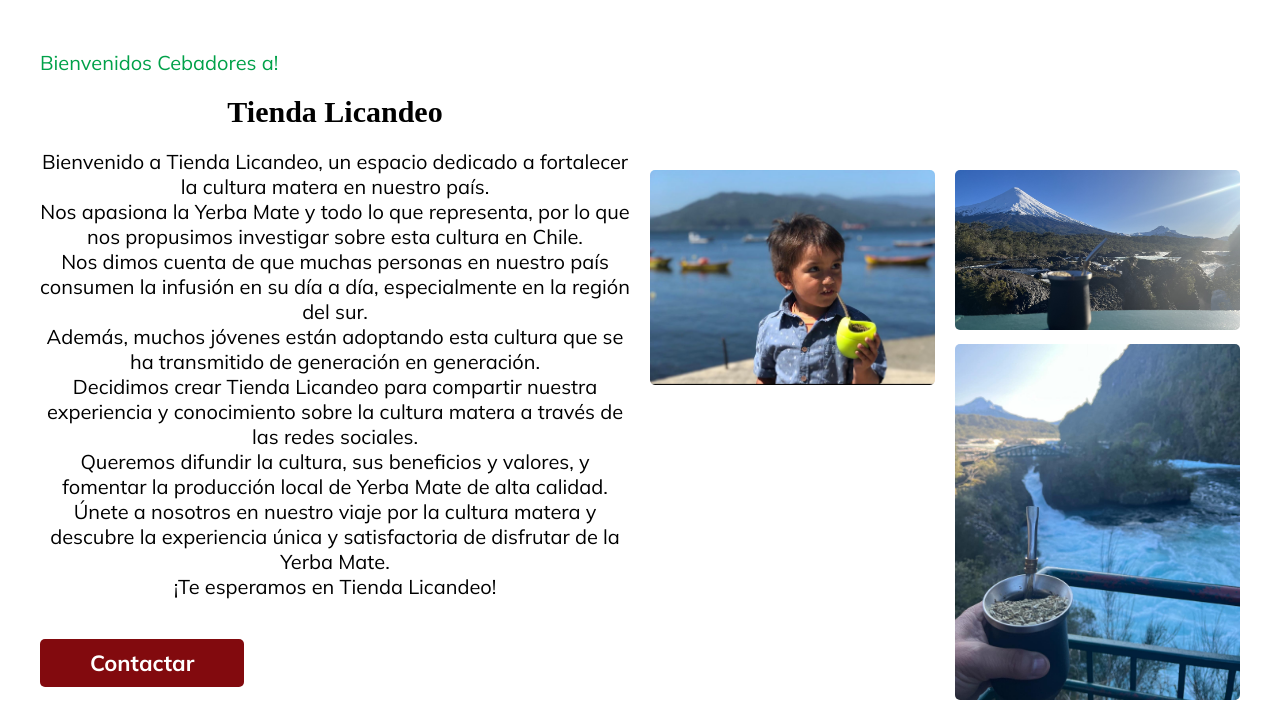
Repository: PiaTrujillo/LICANDEO-main
Page: index.html
These files come from the project's save history. The page is drawn as it stood at one moment and after the next save; the edit follows.
The browser window is 1280 px wide. The pictures show the part of the page from y = 748 to 1471 px (the page is 1471 px tall).
A picture or video elsewhere on the page could not be fetched, so the positions and the page height are approximate. Some web fonts or font styles are not loaded; a fallback is used. Some web libraries are served in a nearby version.

Above is the page before, as saved 2023-05-09 15:30:21.

### index.html
<!DOCTYPE html>
<html lang="es">
  <head>
    <meta charset="utf-8" />
    <meta name="viewport" content="width=device-width, initial-scale=1.0" />
    <meta http-equiv="X-UA-Compatible" content="ie=edge" />
    <title>Tienda Licandeo</title>
    <script
      src="https://kit.fontawesome.com/283335a286.js"
      crossorigin="anonymous"
    ></script>
    <!--esta informacion es para el estilo de las letras estan en google font -->
    <link rel="preconnect" href="https://fonts.googleapis.com" />
    <link rel="preconnect" href="https://fonts.gstatic.com" crossorigin />
    <link
      href="https://fonts.googleapis.com/css2?family=Arima+Madurai:wght@700&family=Mulish:wght@400;700&display=swap"
      rel="stylesheet"
    />
    <link rel="stylesheet" href="css/normalize.css" />
    <link rel="stylesheet" href="css/estilos.css" />
  </head>
  <body>
    <!--Lo sigueinte es el menu superior donde se establece el Logo y la navegacion-->
    <header class="encabezado">
      <div class="contenedor-navegacion">
        <!-- El Contenido-Navegacion es el padre de Logo y el menu de navegacion -->
        <div class="contenido-navegacion contenedor">
          <div class="logo">
            <!--colores a Licandeo-->
            <h2>
              <span class="">Li</span><span>can</span><span class="">deo</span>
            </h2>
          </div>
          <nav class="navegacion ocultar">
            <a href="#">Inicio</a>
            <a href="#">Sobre Nosotros</a>
            <a href="#">Tienda</a>
            <a href="#">Ofertas</a>
            <a href="#">Tips Materos</a>
          </nav>
          <!--Se crea el menu desplegable-->
          <div class="hamburguesa"><span></span><span></span><span></span></div>
        </div>
      </div>
      <div class="contenido-header">
        <div class="contenedor-encabezado">
          <div class="texto-encabezado">
            <h2>Tienda Licandeo</h2>
            <a href="#" class="btn bordes">Un Mate</a>
          </div>
          <video autoplay loop muted>
            <source src="/videos/1portada.mp4" />
          </video>
        </div>
      </div>
    </header>
    <!--Diseño de la seccion web-->
    <div class="contenedor-nosotros contenedor">
      <div class="texto-nosotros">
        <p class="bienvenida">Bienvenidos Cebadores a!</p>
        <h1>Tienda Licandeo</h1>
        <p>
          Bienvenido a Tienda Licandeo, un espacio dedicado a fortalecer la
          cultura matera en nuestro país. <br />
          Nos apasiona la Yerba Mate y todo lo que representa, por lo que nos
          propusimos investigar sobre esta cultura en Chile. <br />
          Nos dimos cuenta de que muchas personas en nuestro país consumen la
          infusión en su día a día, especialmente en la región del sur. <br />
          Además, muchos jóvenes están adoptando esta cultura que se ha
          transmitido de generación en generación. <br />
          Decidimos crear Tienda Licandeo para compartir nuestra experiencia y
          conocimiento sobre la cultura matera a través de las redes sociales.
          <br />
          Queremos difundir la cultura, sus beneficios y valores, y fomentar la
          producción local de Yerba Mate de alta calidad. <br />
          Únete a nosotros en nuestro viaje por la cultura matera y descubre la
          experiencia única y satisfactoria de disfrutar de la Yerba Mate.
          <br />
          ¡Te esperamos en Tienda Licandeo!
        </p>
        <a href="#" class="btn btn-rojo">Contactar</a>
      </div>
      <!-- Imagenes  -->
      <div class="imagenes-nosotros">
        <div class="imagen1">
          <img src="/imag/imagen1.JPG" alt="Mate frutillar" />
        </div>
        <div class="imagenes2">
          <img src="/imag/imagen2.JPG" alt="Mate salto del petrohue" />
          <img src="/imag/imagen3.JPG" alt="Mate concepcion" />
        </div>
      </div>
    </div>
    <!--Se enlaza Js con Css-->
    <script src="js/app.js"></script>
  </body>
</html>

### css/estilos.css
:root{
    --azul: #0021f5;
    --verde:#00A149;
    --blanco:#fff;
    --rojo:#820a0e;
    --oscuro:#000;
    --titulos:'Arima Madurai',cursive;
    --parrafos:'Mulish', sans-serif;
}
/* Valor calculado de un contenedro padre  */
html{
    box-sizing: border-box;
    /*1rem = 10px*/
    font-size: 62.5%;
}
body{
    font-size: 1.6rem;
    overflow-x: hidden;
}

*,*::after, *::before{
    box-sizing: inherit;
}
/*        Globales              */
.contenedor{
    max-width: 120rem;
    margin: 0 auto;
    width: 95%;
}
/* fuentes para los titulo y parrafos*/
h1,h2{
    font-family: var(--titulos);
}
h3, p, a{
    font-family: var(--parrafos);
}
/* ubicacion de las imegenes */
img{
    max-width: 100%;
}
/*Estos colores se agregan al titulo con span */
.azul{
    color: var(--azul);
}
.rojo{
    color: var(--rojo);
}
.verde{
    color: var(--verde);
}
/*Que se oculte el menu*/
.ocultar{
    display: none;
    color: var(--blanco);
}
/* Color y estilos de la X */
.btn-cerrar{
    font-size: 3rem;
    font-weight: bold;
    color: var(--blanco);
    position: absolute;
    top: 0;
    right: 50px;
    user-select: none;
}
/*Al posicionar el puntero en la X aparece la mano */
.btn-cerrar:hover{
    cursor: pointer;
}
/* Para el texto Un mate que se encuentra sobre del video */
.btn{
    text-decoration: none;
    color: var(--blanco);
    font-size: 2rem;
    text-transform: capitalize;
    padding: 1rem 5rem;
    border-radius: 5px;
    transition: all .3s ease-in-out;
}
/* para moviles el texto */
@media(min-width:768px){
    .btn{
        font-size: 2.2rem;
    }
   }
/* Se agrega el borde a el texto Un Mate */
.bordes{
    border: 3px solid var(--blanco);
}
@media(min-width: 768px) {
    .bordes{
        border: 4px solid var(--blanco);
    }
}
.bordes:hover{
    color: var(--verde);
    background-color: var(--blanco);
}
/* Boton abajo del texto */
.btn-rojo{
    background-color: var(--rojo);
    font-weight: bold;
    display: inline-block;
    margin-top: 2rem;
    margin-bottom: 2rem;
}
/* como se sopreponer los elementos */
.pantalla-completa{
    position: absolute;
    top: 0;
    left: 0;
    bottom: 0;
    right: 0;
    background-color: rgba(0,0,0,.5);
    z-index: 4;
}
@keyframes desplazamiento {
    0%{
        transform: translateX(100%);
    }

    100%{
        transform:translateX(0);
    }
}
/*Encabezado*/
/*color de contenedor de logo y menu*/
.contenedor-navegacion{
    background-color: var(--oscuro);
    position: relative;
    z-index: 5;
}
.contenido-navegacion{
    display: flex;
    align-items: center;
    justify-content: space-between;
}
/*color para el logo y el menu*/
.logo h2, .navegacion a {
    color: var(--blanco);
}
.logo h2{
    font-size: 3rem;
}
/* quitar las lineas ubicadas abajo del menu de navegacion*/
/* Estilos de movil*/
.navegacion a{
    text-decoration: none;
    font-size: 2.2rem;
    padding: 1.5rem;
    padding-left: 4rem;
    /* para el menu de navegacion se vea de modo vertical*/
    display: block;
    /* transicion del menu de naveghacion */
    transition: color .3s ease-in-out;
    text-align: center;
}
@media(min-width: 768px) {
    .navegacion a{
        text-align: left;
    }
}
/* colores de las letras pares e impares del menu de navegacion */
.navegacion a:nth-child(even):hover{
    color: var(--verde);
}
.navegacion a:nth-child(odd):hover{
    color: var(--verde);
}
.navegacion a:first-of-type{
    margin-top: 5rem;
}
/* para que el menu de navegacion se posicione al costado derecho*/
.navegacion{
    position: absolute;
    top: 0;
    right: 0;
    bottom: 0;
    height: 100vh;
    width: 40rem;
    padding: 3rem 4rem;
    background-color: var(--oscuro);
    animation: desplazamiento .5s ease-in-out;
}
/*Al posicionarse en el menu hamburguesa aparezca la mano */
.hamburguesa:hover{
    cursor: pointer;
}
/*Menu desplegable ubicado en index*/
.hamburguesa span{
    background-color: var(--blanco);
    display: block;
    width: 5rem;
    height: .5rem;
    margin-bottom: .5rem;
    animation: desplazamiento .5s ease-in-out;
}
/* Video */
.contenido-header{
    position: relative;
}
.contenido-header::before{
    content: '';
    position: absolute;
    top:0;
    left: 0;
    right: 0;
    bottom: 0;
    background-color: rgba(0,0,0,.5);
}
/* posicionar texto al medio del video */
.texto-encabezado{
    position: absolute;
    z-index: 2;
    width: 100%;
    height: 80%;
    display: flex;
    flex-direction: column;
    /* se alinea al centro del video el texto */
    align-items: center;
    justify-content: center;
}
.texto-encabezado h2{
    color: var(--blanco);
    font-size: 4rem;
}
/* respons para movil */
@media(min-width: 768px) {
    .texto-encabezado h2{
        font-size: 8rem;
    }
}
video{
    width: 100%;
    height: 100%;
}
/* Imagenes */
.contenedor-nosotros{
    display: flex;
    justify-content: space-between;
    padding-top: 5rem;
}
@media(min-width: 768px) {
    .contenedor-nosotros{
        display: flex;
         justify-content: space-between;
    }
}
.texto-nosotros, .imagenes-nosotros{
    flex: 0 0 calc(50% - 1rem) ;
}
/* Texto de las imagenes */
.texto-nosotros .bienvenida{
    font-size: 2rem;
    color: var(--verde);
    text-align: center;
}
@media(min-width: 768px) {
    .texto-nosotros .bienvenida{
        text-align: left;
    }
}
.texto-nosotros h1{
    font-size: 3rem;
    text-align: center;
}
}
@media(min-width: 768px) {
    .texto-nosotros h1{
        text-align: left;
    }
}
.texto-nosotros p{
    font-size: 2rem;
    text-align: center;
}
.imagenes-nosotros{
    display: flex;
    justify-content: space-between;
}
.imagen1, .imagenes2{
    flex: 0 0 calc(50% - 1rem);
}
.imagenes-nosotros img{
    border-radius: 5px;
}

.imagenes2 img{
    margin-bottom: 1rem;
}

### js/app.js
//para que el menu desaparezca//
const menu = document.querySelector('.hamburguesa');
const navegacion = document.querySelector('.navegacion');

document.addEventListener('DOMContentLoaded', ()=>{
    eventos();
});

const eventos = () =>{
    menu.addEventListener('click',abrirMenu);
}
//esta funcion realiza que al momento de dar click al menu de hamburguesa se habilite el menu//
const abrirMenu = () =>{
    navegacion.classList.remove('ocultar');
    botonCerrar();
}
//Esta funciones es para que el menu de navegacion se cierre/
const botonCerrar = () =>{
    //Metodo para colocar una X al menu de navegacion//
    const btnCerrar = document.createElement('p');
    const overlay = document.createElement('div');
    overlay.classList.add('pantalla-completa');
    const body = document.querySelector('body');
    if(document.querySelectorAll('.pantalla-completa').length > 0) return;
    body.appendChild(overlay);
    btnCerrar.textContent = 'x';
    btnCerrar.classList.add('btn-cerrar');

    // while(navegacion.children[5]){
    //     navegacion.removeChild(navegacion.children[5]);
    // }
    navegacion.appendChild(btnCerrar);
    cerrarMenu(btnCerrar, overlay);
}
//Funcion para cerrar el menu de navegacion//
const cerrarMenu = (boton, overlay) =>{
    boton.addEventListener('click',()=>{
         //Cerrar navegacion//
        navegacion.classList.add('ocultar');
        overlay.remove();
        boton.remove();
    });

    overlay.onclick = function(){
        overlay.remove();
        //Cerrar navegacion//
        navegacion.classList.add('ocultar');
        boton.remove();
    }
}

Loaded but not shown: TestDjango/core/templates/core/css/normalize.css (library)

After the next save:
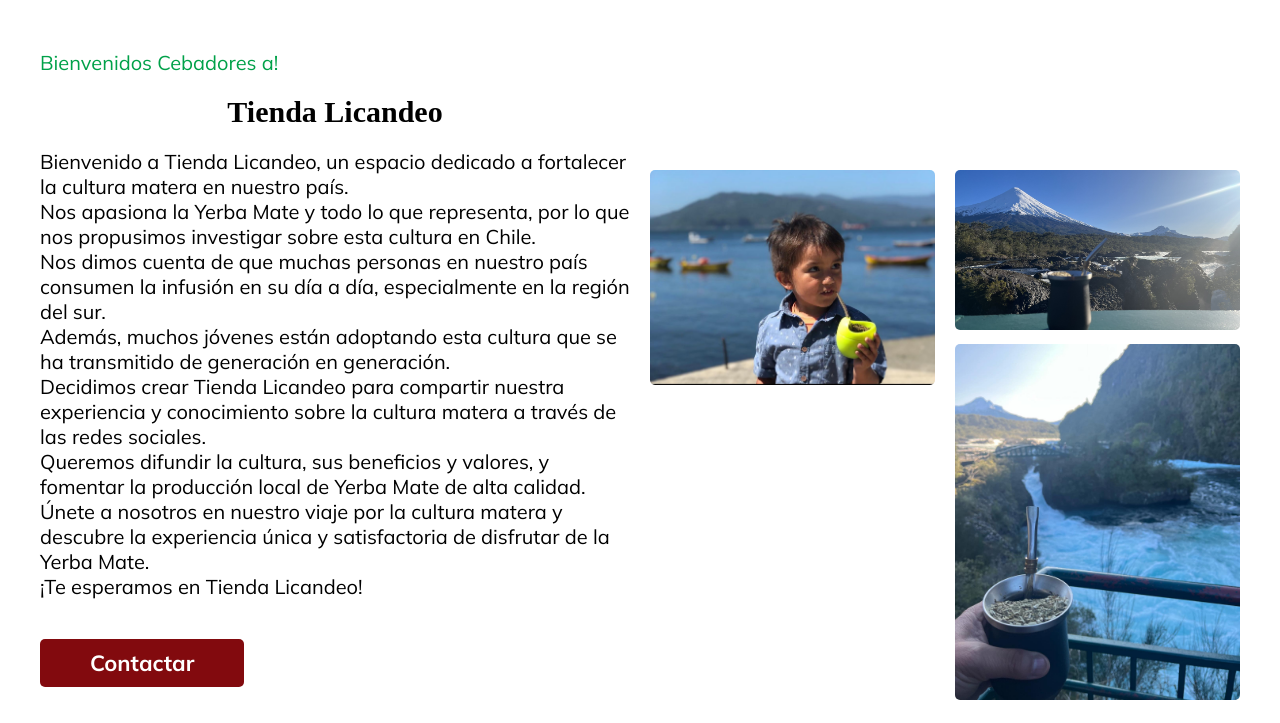
Saved 4 min 12 s later.
--- a/css/estilos.css
+++ b/css/estilos.css
@@ -274,6 +274,11 @@ video{
     font-size: 2rem;
     text-align: center;
 }
+@media(min-width: 768px) {
+    .texto-nosotros p{
+        text-align: left;
+    }
+}
 .imagenes-nosotros{
     display: flex;
     justify-content: space-between;
